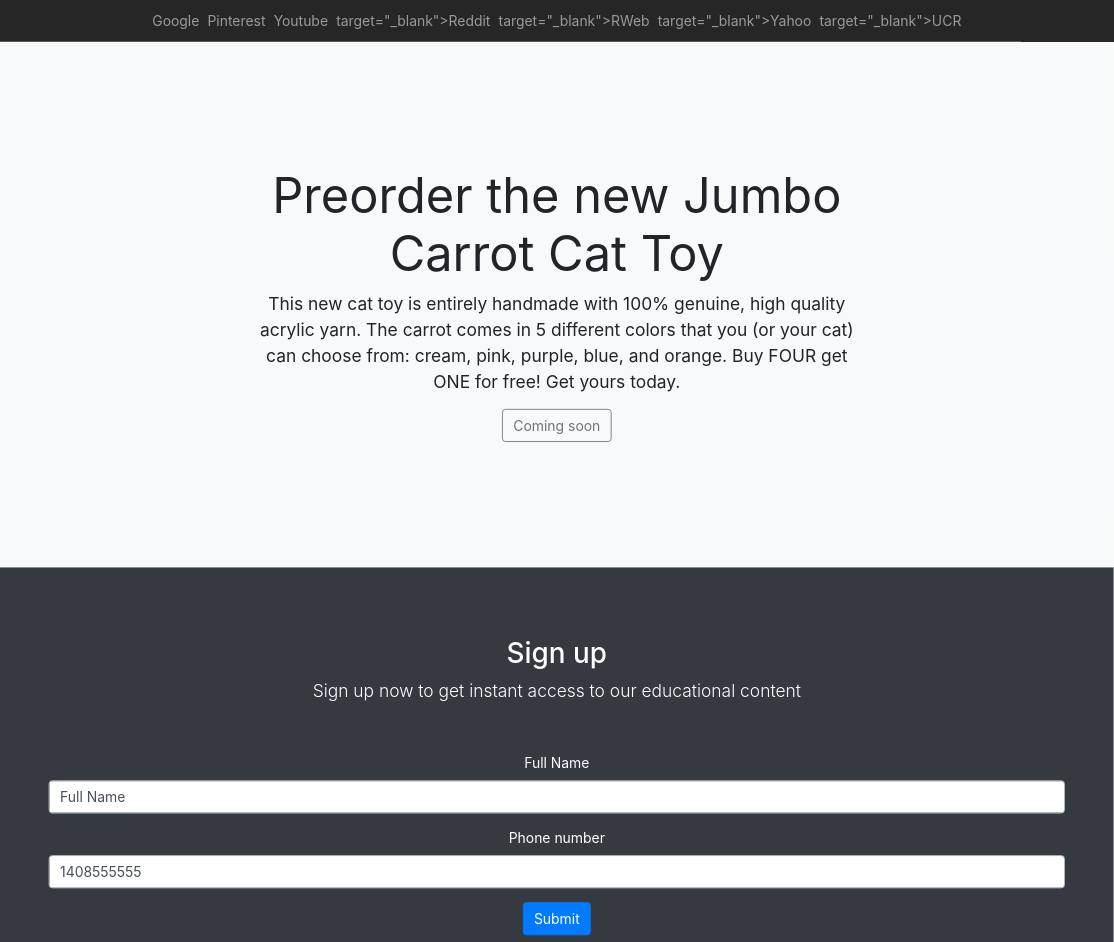
Repository: atrin033/AngellaTrinh-Resume
Page: LearnCS8-Twilio/index.html
The author's editor kept a record of every edit. The page is drawn from the files as they stood at one moment, then again after the next edit.
The browser window is 1280 px wide. The pictures show the whole page, at 87% of full size.

Above is the page before.

### LearnCS8-Twilio/index.html
<!doctype html>
<html lang="en">
  <head>
    <!-- Required meta tags -->
    <meta charset="utf-8">
    <meta name="viewport" content="width=device-width, initial-scale=1, shrink-to-fit=no">
    <meta name="description" content="Hot-selling crocheted toy that your cat is guaranteed to love!">
    <meta name="author" content="862124156">

    <!-- Bootstrap CSS -->
    <link rel="stylesheet" href="https://stackpath.bootstrapcdn.com/bootstrap/4.5.2/css/bootstrap.min.css" integrity="sha384-JcKb8q3iqJ61gNV9KGb8thSsNjpSL0n8PARn9HuZOnIxN0hoP+VmmDGMN5t9UJ0Z" crossorigin="anonymous">

    <!-- Title of your Website -->
    <title>Jumbo Carrot Cat Toy</title>
    <link href="product.css" rel="stylesheet">
  </head>
  <body>
      <nav class="site-header sticky-top py-1">
    <!-- Top Menu Bar -->
    <div class="container d-flex flex-column flex-md-row justify-content-between">
        <a class="py-2 d-none d-md-inline-block" id="menu-item-1" href="https://google.com" target="_blank">Google</a>
        <a class="py-2 d-none d-md-inline-block" id="menu-item-2" href="https://www.pinterest.com/" target="_blank">Pinterest</a>
        <a class="py-2 d-none d-md-inline-block" id="menu-item-3" href="https://www.youtube.com/" target="_blank">Youtube</a>
        <a class="py-2 d-none d-md-inline-block" id="menu-item-4" href="https://www.reddit.com/"> target="_blank">Reddit</a>
        <a class="py-2 d-none d-md-inline-block" id="menu-item-5" href="https://rweb.ucr.edu/"> target="_blank">RWeb</a>
        <a class="py-2 d-none d-md-inline-block" id="menu-item-6" href="https://www.yahoo.com/"> target="_blank">Yahoo</a>
        <a class="py-2 d-none d-md-inline-block" id="menu-item-7" href="https://www.ucr.edu/"> target="_blank">UCR</a>
    </div>
</nav>
<!-- Main Header Section h1-->
<div class="position-relative overflow-hidden p-3 p-md-5 m-md-0 text-center bg-light">
    <div class="col-md-8 p-lg-5 mx-auto my-5">
        <h1 class="display-4 font-weight-normal">Preorder the new Jumbo Carrot Cat Toy</h1>
        <p class="lead font-weight-normal">This new cat toy is entirely handmade with 100% genuine, high quality acrylic yarn. The carrot comes in 5 different colors that you (or your cat) can choose from: cream, pink, purple, blue, and orange. Buy FOUR get ONE for free! Get yours today.</p>
        <a class="btn btn-outline-secondary" href="https://www.google.com/search?q=CARROT+CAT+TOY+YOUTUBE&rlz=1C5CHFA_enUS826US826&oq=CARROT+CAT+TOY+YOUTUBE&aqs=chrome..69i57j33i160l2.6603j0j7&sourceid=chrome&ie=UTF-8">Coming soon</a>
    </div>
</div>
<!-- Left Tile -->
<div class="d-md-flex flex-md-equal w-100">
    <div class="bg-dark pt-3 px-3 pt-md-5 px-md-5 text-center text-white overflow-hidden">
        <div class="my-3 py-3">
            <h2 class="display-5">Sign up</h2>
            <p class="lead">Sign up now to get instant access to our educational content</p>
        </div>
        <!-- Web form when submitted will send a text message -->
        <form class="p-2" onsubmit="sendTextMessage(); return false;">
            <!-- Full Name Form Field -->
            <div class="form-group">
                <label for="example-first-name">Full Name</label>
                <input type="text" value="Full Name" class="form-control" id="example-first-name" aria-describedby="emailHelp">
            </div>
            <!-- Phone Number Form Field -->
            <div class="form-group">
                <label for="example-tel-input">Phone number</label>
                <input type="tel" class="form-control" value="1408555555" id="example-tel-input">
            </div>
            <!-- JavaScript that handles onSubmit logic -->
            <!-- Configure the XHR request below with your own credentials -->
            <script>
            function sendTextMessage() {
                console.log("Hello world!");
                var xhr = new XMLHttpRequest();
                var accountSID = "AC9c2371d5cb83c5eca99b1e7ede80ca28";
                var authToken = "095e6bbb80cb1678685685bb8ef258cf";
                var base64encoded = accountSID + ":" + authToken;
                var params = "To=" + document.getElementById('example-tel-input').value + "&From=" + "18448494331" + "&Body=" + "Hello " + document.getElementById('example-first-name').value + ", thank you for contacting us."
                xhr.open("POST", "https://api.twilio.com/2010-04-01/Accounts/" + accountSID + "/Messages.json", true);
                xhr.setRequestHeader('Content-Type', 'application/x-www-form-urlencoded');
                xhr.setRequestHeader('Authorization', 'Basic ' + btoa(base64encoded));
                xhr.send(params);
            }
            </script>
            <!-- Submit button that will execute the sendTextMessage function -->
            <button type="submit" class="btn btn-primary">Submit</button>
        </form>
    </div>
  </body>
</html>

### LearnCS8-Twilio/product.css
.container {
  max-width: 960px;
}

/*
 * Custom translucent site header
 */

.site-header {
  background-color: rgba(0, 0, 0, .85);
  -webkit-backdrop-filter: saturate(180%) blur(20px);
  backdrop-filter: saturate(180%) blur(20px);
}
.site-header a {
  color: #999;
  transition: ease-in-out color .15s;
}
.site-header a:hover {
  color: #fff;
  text-decoration: none;
}

/*
 * Dummy devices (replace them with your own or something else entirely!)
 */

.product-device {
  position: absolute;
  right: 10%;
  bottom: -30%;
  width: 300px;
  height: 540px;
  background-color: #333;
  border-radius: 21px;
  -webkit-transform: rotate(30deg);
  transform: rotate(30deg);
}

.product-device::before {
  position: absolute;
  top: 10%;
  right: 10px;
  bottom: 10%;
  left: 10px;
  content: "";
  background-color: rgba(255, 255, 255, .1);
  border-radius: 5px;
}

.product-device-2 {
  top: -25%;
  right: auto;
  bottom: 0;
  left: 5%;
  background-color: #e5e5e5;
}


/*
 * Extra utilities
 */

.flex-equal > * {
  -ms-flex: 1;
  flex: 1;
}
@media (min-width: 768px) {
  .flex-md-equal > * {
    -ms-flex: 1;
    flex: 1;
  }
}

.overflow-hidden { overflow: hidden; }

After the next edit:
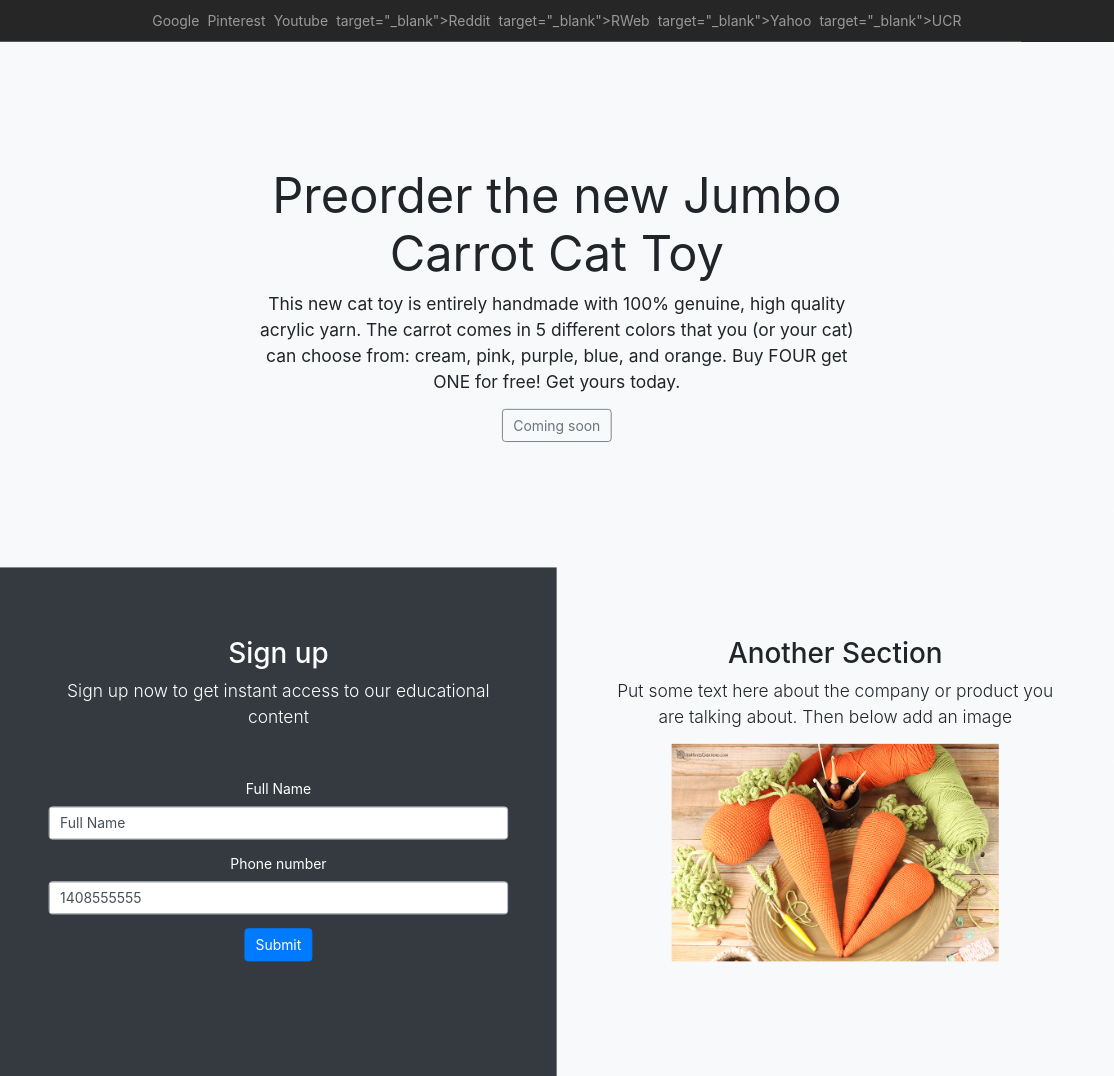
The edit:
--- a/LearnCS8-Twilio/index.html
+++ b/LearnCS8-Twilio/index.html
@@ -74,5 +74,16 @@
             <button type="submit" class="btn btn-primary">Submit</button>
         </form>
     </div>
+    <!-- Right Tile -->
+    <div class="bg-light pt-3 px-3 pt-md-5 px-md-5 text-center overflow-hidden">
+        <div class="my-3 p-3">
+            <h2 class="display-5">Another Section</h2>
+            <p class="lead">Put some text here about the company or product you are talking about. Then below add an image</p>
+            <img class="mx-auto" src="jumbo cat crochet carrot toy.jpeg" height="250px">
+        </div>
+        <div class="mx-auto" style="width: 80%; height: 100px; border-radius: 21px 21px 0 0;"></div>
+    </div>
+</div>
+
   </body>
 </html>
